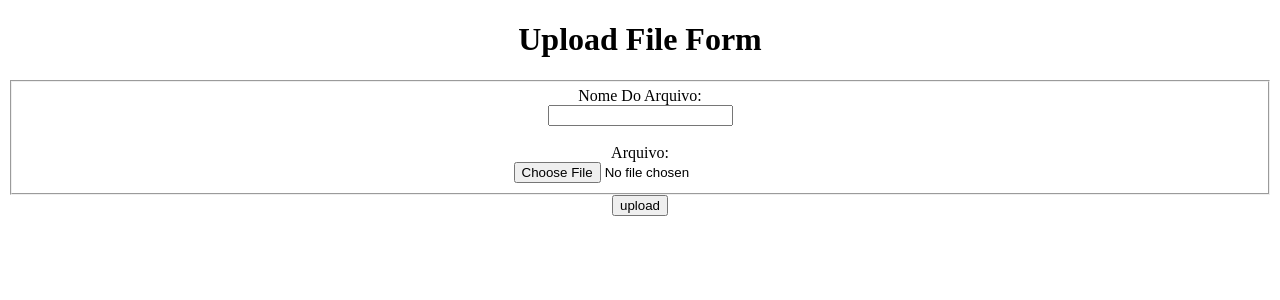
Repository: ThaysaM/upload-de-imagem-java-web
Page: http://localhost/projetoSelecao_Servelet/
These files come from the project's save history. The page is drawn as it stood at one moment and after the next save; the edit follows.
The browser window is 1280 px wide. The pictures show the whole page.
The page is served by Tomcat 9.

Above is the page before, as saved 2020-09-13 15:40:51.

After the next save:
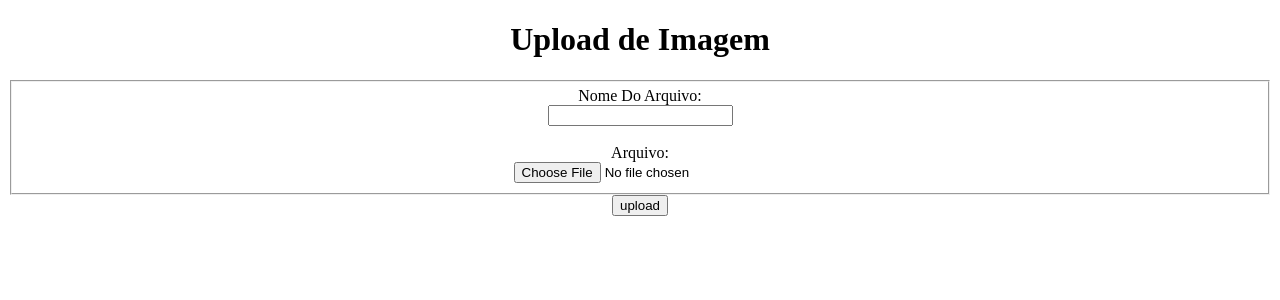
Saved 2 min 40 s later.
--- a/projetoSelecao Servelet/WebContent/index.jsp
+++ b/projetoSelecao Servelet/WebContent/index.jsp
@@ -3,38 +3,34 @@
 <!DOCTYPE html PUBLIC "-//W3C//DTD HTML 4.01 Transitional//EN" "http://www.w3.org/TR/html4/loose.dtd">
 <html>
 <head>
-<meta http-equiv="Content-Type" content="text/html; charset=ISO-8859-1">
-<title>Insert title here</title>
+	<meta http-equiv="Content-Type" content="text/html; charset=ISO-8859-1">
+	<title>Upload de Imagem</title>
 </head>
 <body>
+	<center>
+		<h1>Upload de Imagem</h1>
+		<form action="ProjetoUpload" enctype="multipart/form-data" method="post">
+	    	<fieldset>
+		    	Nome Do Arquivo:<br/>
+		        <input type="text" name="file_name" placeholder><br/><br/>
+				Arquivo:<br/>
+				<input type="file" name="file2" /><br>
+			</fieldset>
+	        	<input type="submit" value="upload" />
+	     </form>
+	           <%
+		           	String file_name=(String)request.getParameter("filename");
+		           	if(file_name!=null){
+		        	   	out.println(file_name+" File uploaded successfuly");
 
+		       %><br>
+		       		<img src="http://localhost:8080/arquivo_upload/<%=file_name%>">
+		       <%
 
-<center>
-<h1>Upload File Form</h1>
+	           		}
+	           %>
 
-		<form action="ProjetoUpload" enctype="multipart/form-data" method="post">
-             <fieldset>
-	             Nome Do Arquivo:<br/>
-	             <input type="text" name="file_name" placeholder><br/><br/>
-				 Arquivo:<br/>
-				 <input type="file" name="file2" /><br>
-			 </fieldset>
-             <input type="submit" value="upload" />
-        </form>
-
-           <%
-	           	String file_name=(String)request.getParameter("filename");
-	           	if(file_name!=null){
-	        	   	out.println(file_name+" File uploaded successfuly");
-
-	       %><br>
-	       		<img src="http://localhost:8080/arquivo_upload/<%=file_name%>">
-	       <%
-
-           		}
-           %>
-
-</center>
+	</center>
 
 </body>
 </html>
